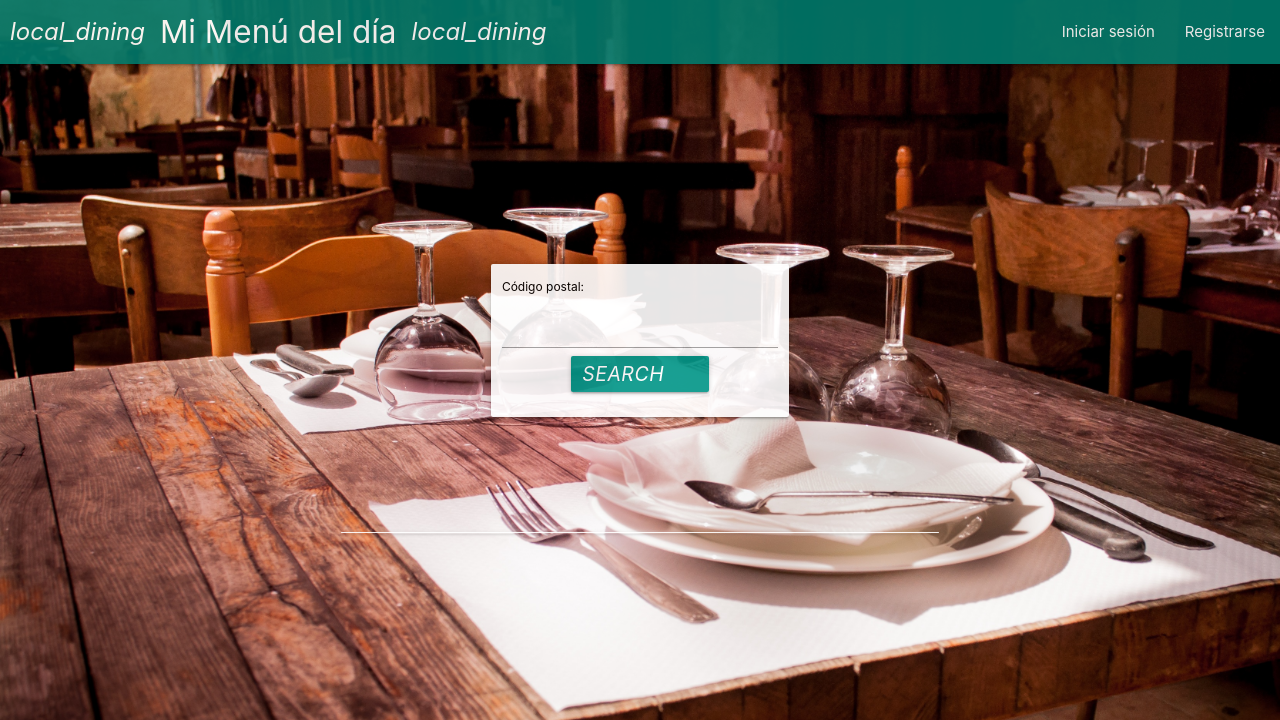
Repository: ixtab/ProyectoJavaRestaurante
Page: http://localhost/MiMenu/
An editor plug-in stored every save of this project. The page is shown before and after the next save, followed by the edit.
The browser window is 1280 px wide. The pictures show the whole page.
The page is served by Tomcat 9.

Above is the page before, as saved 2019-03-17 22:13:52.

After the next save:
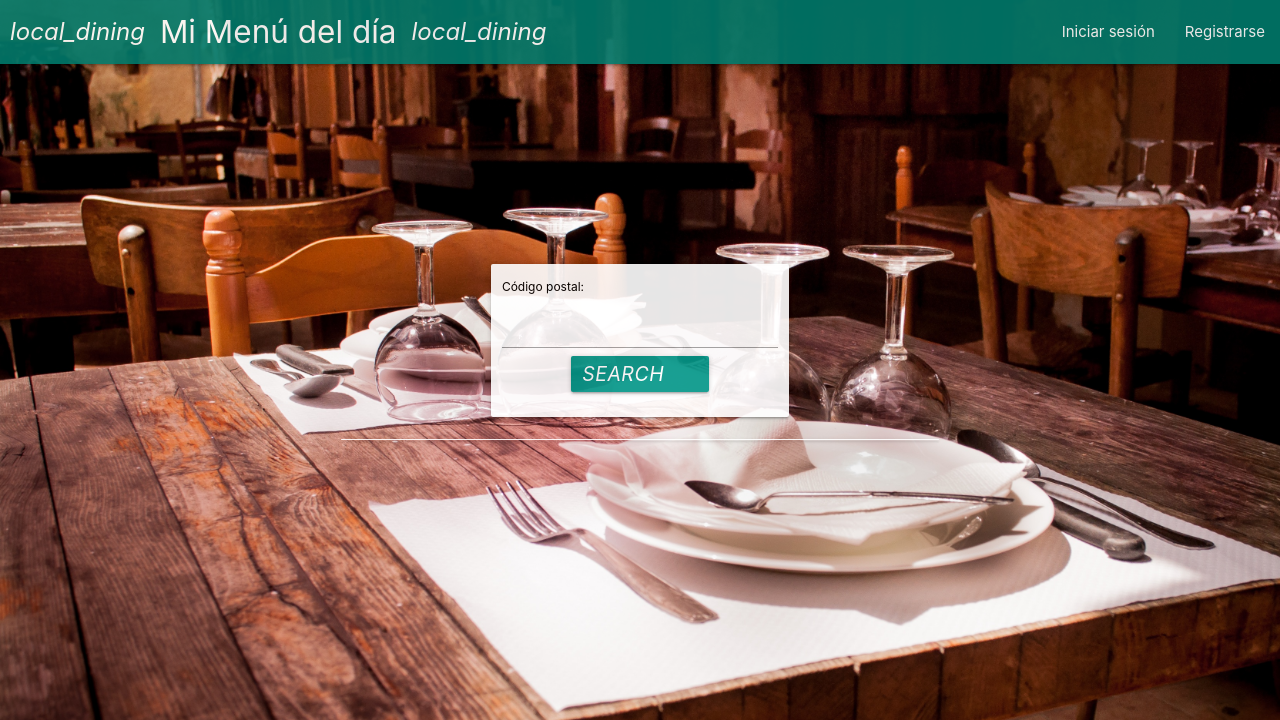
Saved 29 s later.
--- a/MiMenu/WebContent/index.jsp
+++ b/MiMenu/WebContent/index.jsp
@@ -34,7 +34,7 @@
 			</form>
 		</div>
 
-		<div id="cont2" class="margen-superior card-panel col s8 offset-s2 padding">
+		<div id="cont2" class=" card-panel col s8 offset-s2 padding">
 		</div>
 	</div>
 
